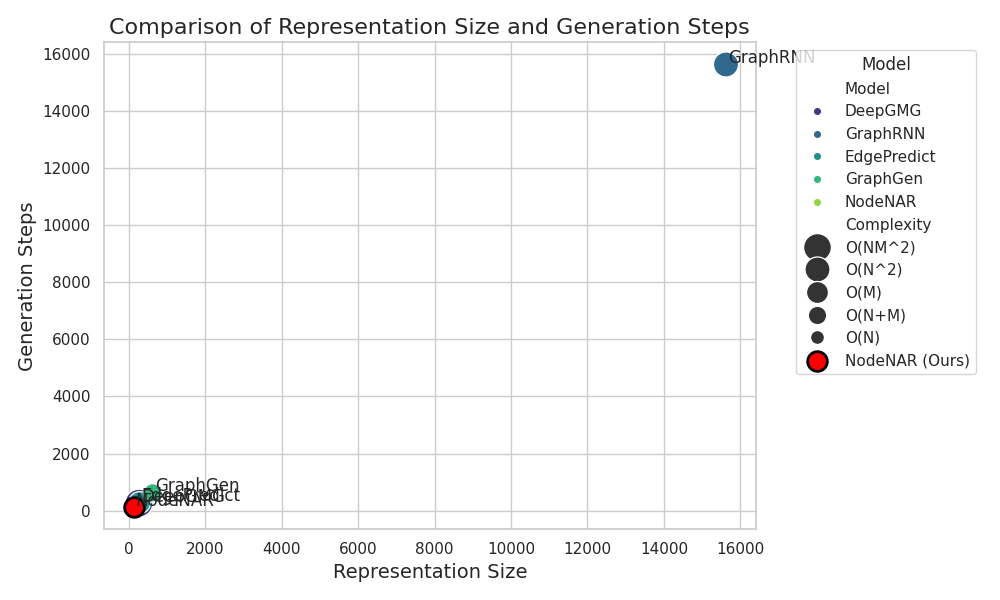
Repository: ChloeKiwi/dgae_related_all
Script's output: python fork-main/plot.py
An editor plug-in stored every save of this project. The script's output is shown before and after a run of saves, followed by the edit.
Random numbers start from a fixed seed.

Above is the script's output before, as saved 2025-02-24 17:41:06.

After the next 3 saves:
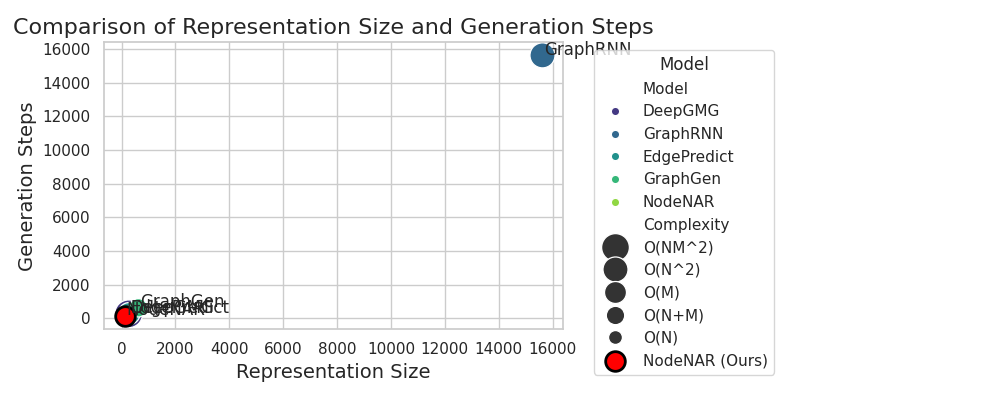
The 3 saves are shown as one change because they came seconds apart.
The last was saved 12 s later.
--- a/fork-main/plot.py
+++ b/fork-main/plot.py
@@ -17,7 +17,7 @@ df = pd.DataFrame(data)
 sns.set(style="whitegrid")
 
 # 创建散点图
-plt.figure(figsize=(10, 6))
+plt.figure(figsize=(8, 4))
 scatter = sns.scatterplot(
     x="Representation Size",
     y="Generation Steps",
